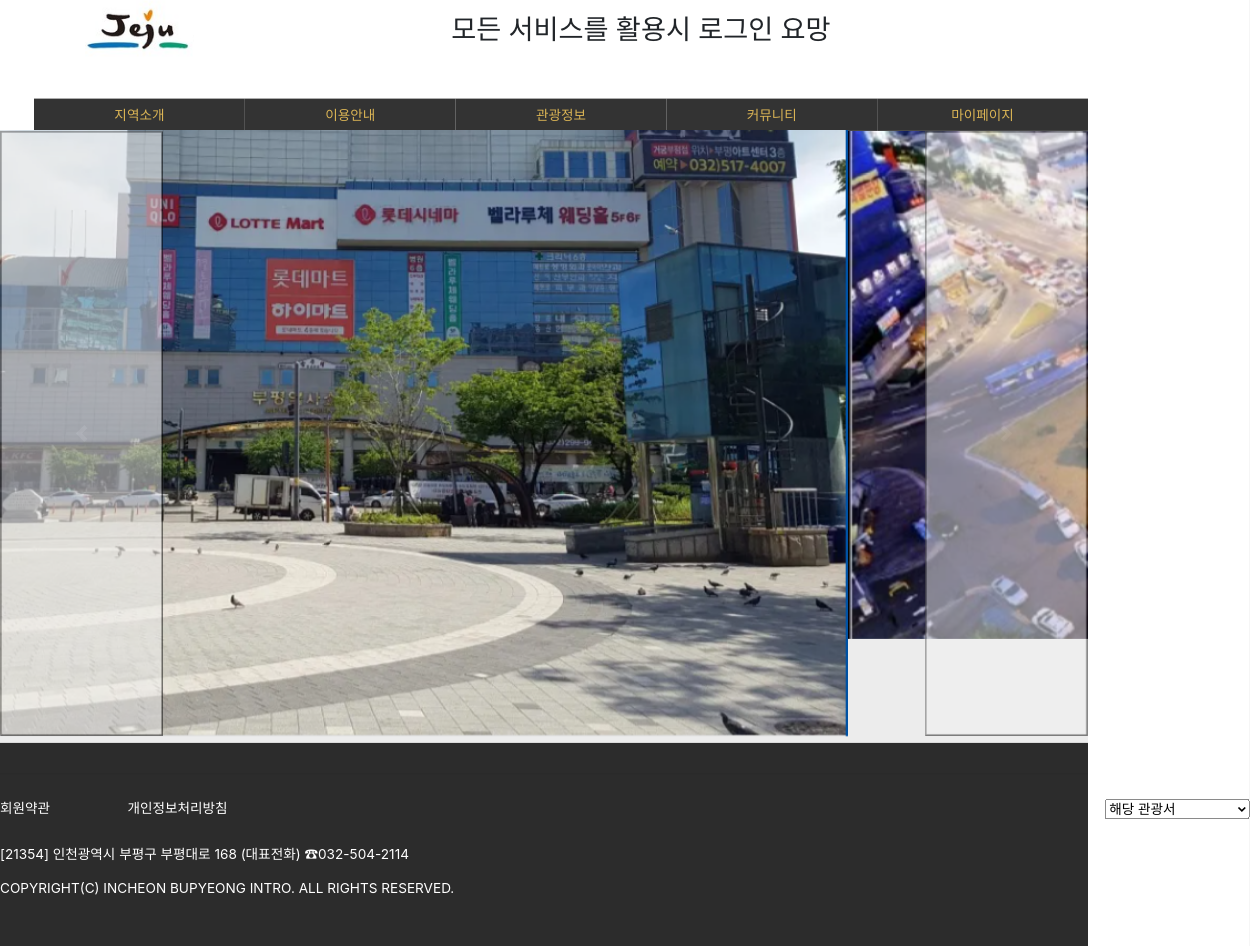
Repository: dlsqja432/Jeju-project
Page: http://localhost/jejudo/
An editor plug-in stored every save of this project. The page is shown before and after a run of saves, followed by the edit.
The browser window is 1280 px wide. The page is 1470 px wide, so the pictures cover 1470 px, including what lies to the right of the window. The pictures show the whole page, at 85% of full size.
The page is served by Tomcat 9.

Above is the page before, as saved 2024-04-16 00:48:53.

After the next 2 saves:
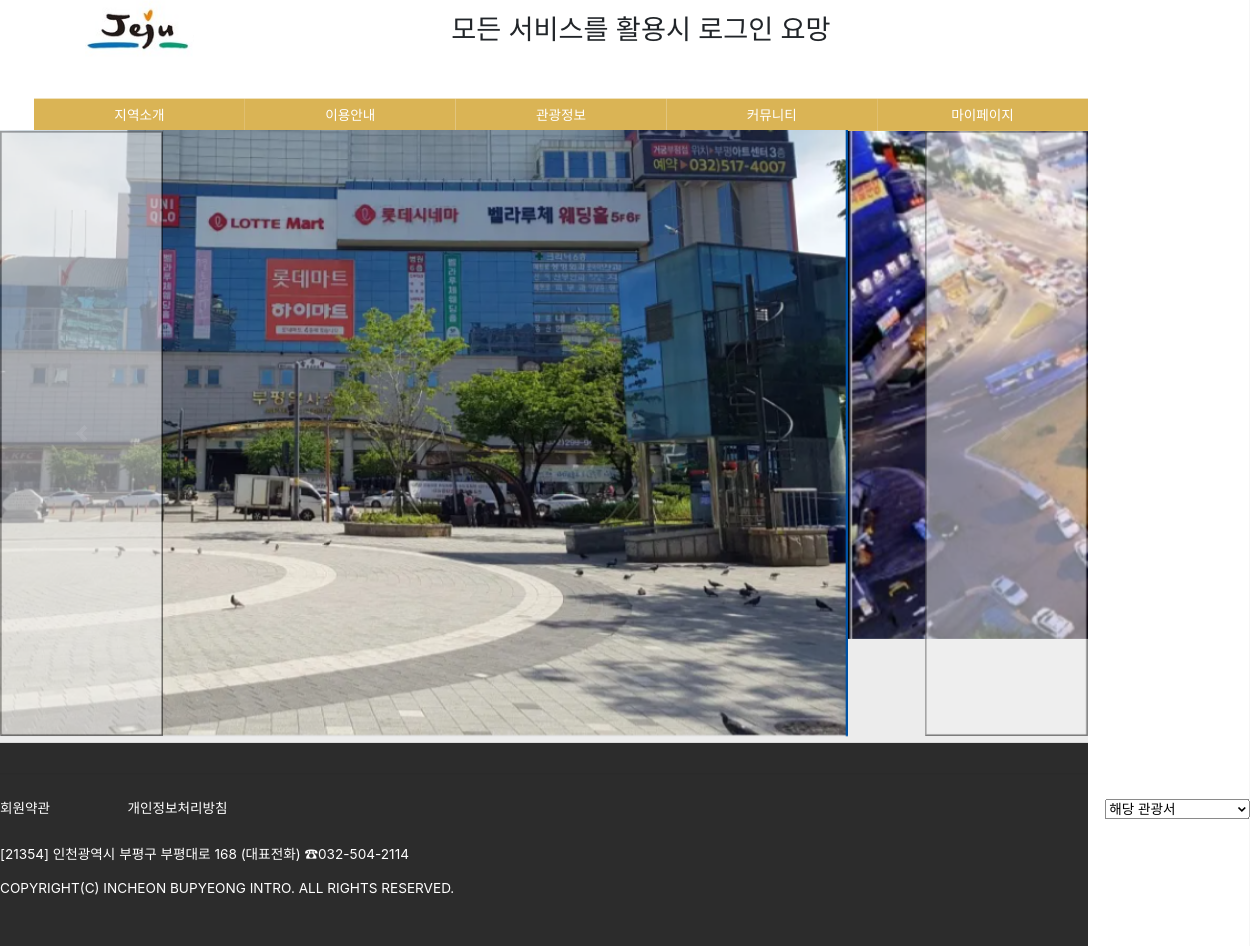
The 2 saves are shown as one change because they came seconds apart.
The last was saved 28 s later.
--- a/jejudo/WebContent/css/common.css
+++ b/jejudo/WebContent/css/common.css
@@ -9,7 +9,7 @@
 #gnb ul { list-style:none; }
 #gnb .item { float:left; width:20%; position:relative; }
 #gnb a.dp1 { display:block; line-height:38px; text-align:center;
-background-color:#333; color:#DAB455; }
+background-color:#DAB455; color:#fff; }
 #gnb .sub_menu { display:none; position:absolute; top:38px; left:0px;
 padding:0; width:100%; z-index:999; }
 #gnb .item:hover .sub_menu { display:block; }
